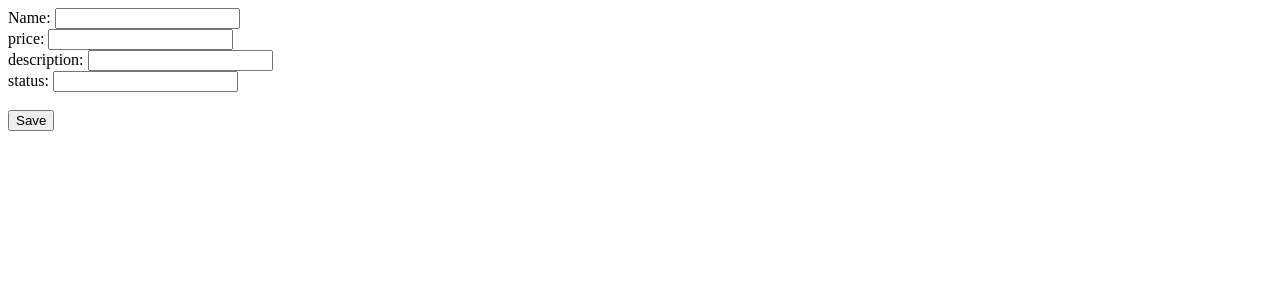
Repository: nguyenpr9/test1
Page: http://localhost/product-create.php
The author's editor kept a copy of each file at every save. The page is drawn from the files as they stood at one save, then again after the next save.
The browser window is 1280 px wide. The pictures show the whole page.
The page is run by PHP 8.4 with error messages shown; the project is at /var/www/html/.

Above is the page before, as saved 2023-09-07 17:54:25.

After the next save:
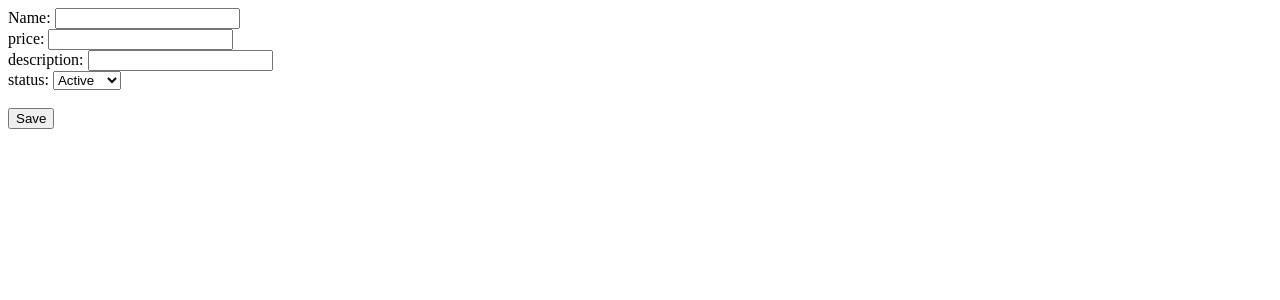
Saved 32 s later.
--- a/product-create.php
+++ b/product-create.php
@@ -70,7 +70,10 @@ if ($_SERVER['REQUEST_METHOD'] == 'POST') {
             </span>
             <br>
         <?php endif ?>
-        status: <input type="text" name="status" />
+        status: <select name="status">
+            <option value="NEW">Active</option>
+            <option value="INACTIVE">Inactive</option>
+        </select>
         <br>
         <?php if (isset($errstatus)) : ?>
             <span style="color: red;">
